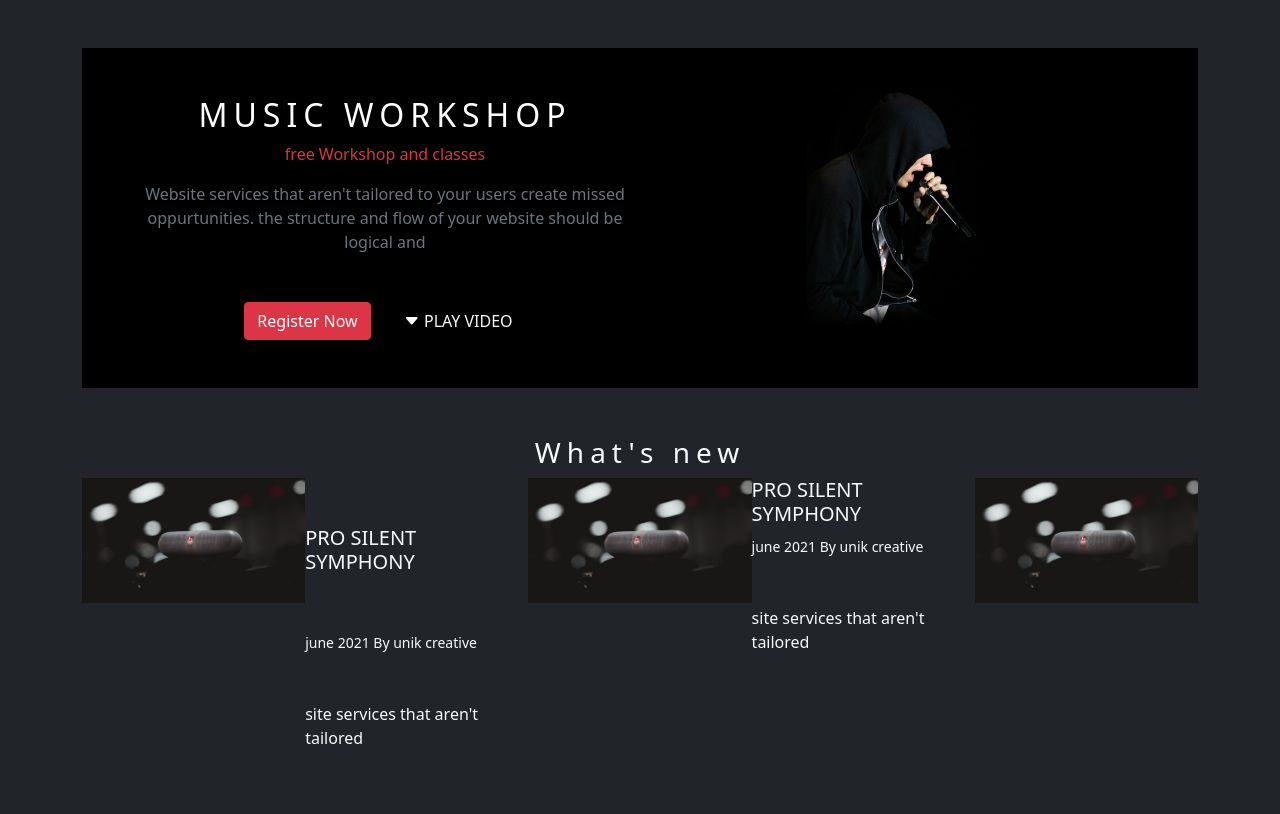
Repository: Eugene44-hub/music-workshop-site
Page: index.html
The author's editor kept a copy of each file at every save. The page is drawn from the files as they stood at one save, then again after the next save.
The browser window is 1280 px wide. The pictures show the whole page.
Some web libraries are served in a nearby version.

Above is the page before, as saved 2021-10-22 17:09:04.

### index.html
<!DOCTYPE html>
<html lang="en">

<head>
    <meta charset="UTF-8">
    <meta http-equiv="X-UA-Compatible" content="IE=edge">
    <meta name="viewport" content="width=device-width, initial-scale=1.0">
    <title>Document</title>
    <link rel="stylesheet" href="style.css">
    <!-- CSS only -->
    <link href="https://cdn.jsdelivr.net/npm/bootstrap@5.1.3/dist/css/bootstrap.min.css" rel="stylesheet" integrity="sha384-1BmE4kWBq78iYhFldvKuhfTAU6auU8tT94WrHftjDbrCEXSU1oBoqyl2QvZ6jIW3" crossorigin="anonymous">
    <link rel="stylesheet" href="https://cdn.jsdelivr.net/npm/bootstrap-icons@1.6.1/font/bootstrap-icons.css">
</head>

<body class="bg-dark p-md-5 p-3">
    <!-- registeration starts  -->
    <section id="registration">
        <div class="container">
            <div class="d-lg-flex text-white bg-black align-items-center" id="regImg">
                <div id="regText" class="col-md text-center p-5">
                    <h2 id="musicheader" class="text-uppercase fs-2">
                        music workshop </h2>
                    <p class="text-danger"> free Workshop and classes</p>
                    <p class="text-secondary">Website services that aren't tailored to your users create missed oppurtunities. the structure and flow of your website should be logical and</p>
                    <div class="mt-5">
                        <button class="btn btn-danger mx-2">Register Now</button>
                        <button class="btn text-light mx-2"><i class="bi bi-caret-down-fill"></i> PLAY VIDEO</button>
                    </div>
                </div>
                <div class="col-md"> <img src="images/eminem.jpg" alt="" class="img-fluid"></div>

            </div>
        </div>
    </section>
    <!-- registeration ends  -->

    <!-- whats new starts -->
    <section class="text-light">
        <div class="container">
            <h2 id="new" class='text-center text-light fs-3 mt-5'>What's new</h2>
            <div class="d-lg-flex  align-items-stretch">
                <div class="col-md">
                    <img src="images/speaker.jpg" class="img-fluid" alt="">
                </div>
                <div class="col-md">
                    <h4 class="lead py-5">
                        PRO SILENT <br> SYMPHONY
                    </h4>
                    <small>june 2021 By unik creative</small>
                    <p class="mt-5">site services that aren't tailored</p>
                </div>
                <div class="col-md">
                    <img src="images/speaker.jpg" class="img-fluid" alt="">
                </div>
                <div class="col-md">
                    <h4 class="lead">
                        PRO SILENT <br> SYMPHONY
                    </h4>
                    <small>june 2021 By unik creative</small>
                    <p class="mt-5">site services that aren't tailored</p>
                </div>
                <div class="col-md">
                    <img src="images/speaker.jpg" class="img-fluid" alt="">
                </div>
            </div>
        </div>

    </section>
    <!-- whats new ends -->
</body>
<!-- JavaScript Bundle with Popper -->
<script src="https://cdn.jsdelivr.net/npm/bootstrap@5.1.3/dist/js/bootstrap.bundle.min.js" integrity="sha384-ka7Sk0Gln4gmtz2MlQnikT1wXgYsOg+OMhuP+IlRH9sENBO0LRn5q+8nbTov4+1p" crossorigin="anonymous"></script>

</html>

### style.css
#musicheader,
#new {
    letter-spacing: 6px
}


/* #regImg {
    background-image: url('images/eminem.jpg');
    background-repeat: no-repeat;
    background-position-x: left;
    background-position-y: top;
    background-size: auto;
    background-size: cover;
} */

After the next save:
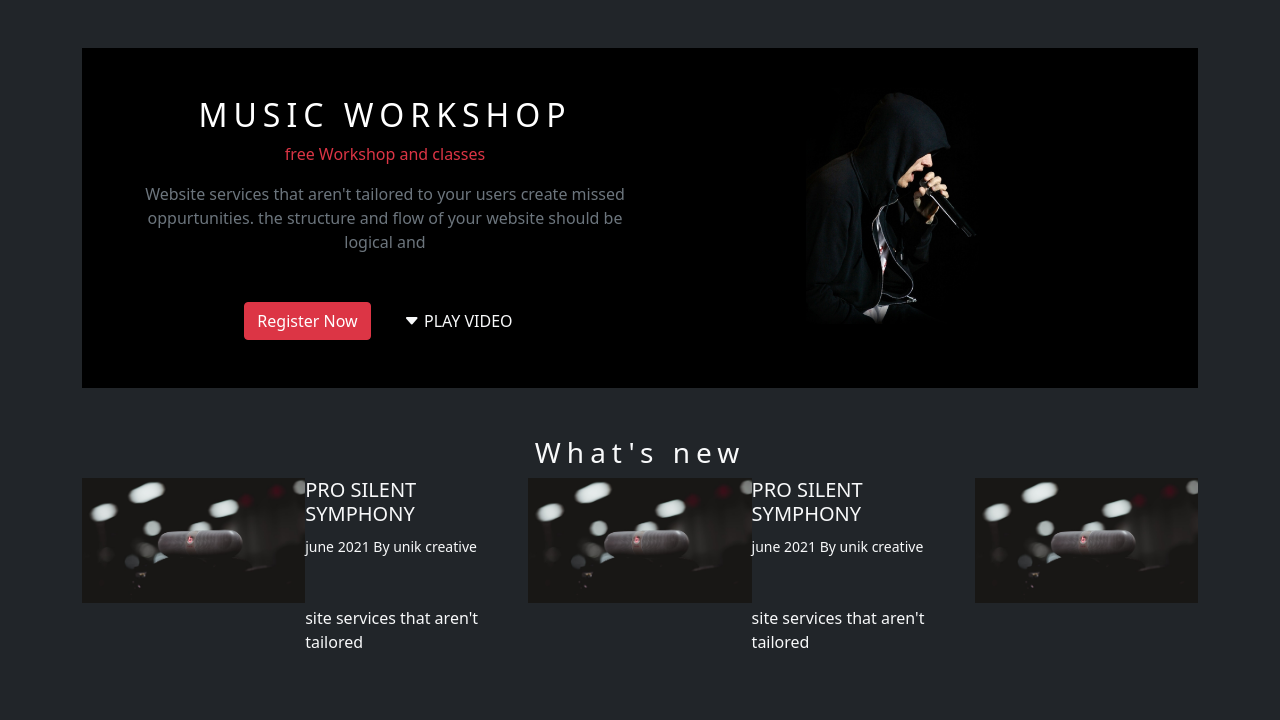
Saved 13 s later.
--- a/index.html
+++ b/index.html
@@ -43,7 +43,7 @@
                     <img src="images/speaker.jpg" class="img-fluid" alt="">
                 </div>
                 <div class="col-md">
-                    <h4 class="lead py-5">
+                    <h4 class="lead ">
                         PRO SILENT <br> SYMPHONY
                     </h4>
                     <small>june 2021 By unik creative</small>
